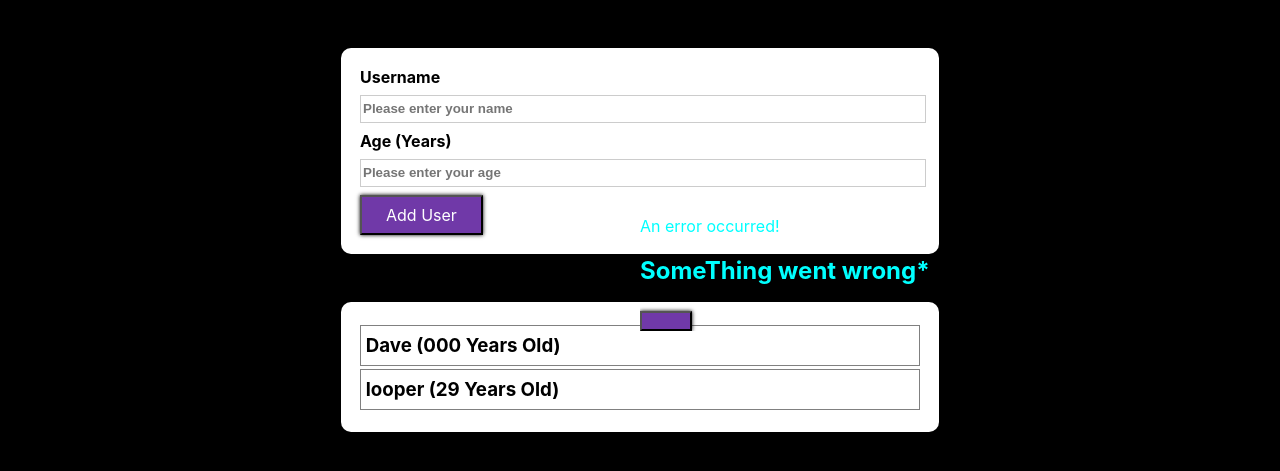
Repository: NamalPathirana/section-eight
Page: /
These files come from the project's save history. The page is drawn as it stood at one moment and after the next save; the edit follows.
The browser window is 1280 px wide. The pictures show the whole page.
The project was rebuilt for these pictures with package versions that can differ from the ones it lists, and the page was loaded fresh each time. Also part of the build but not shown: src/App.module.css.

Above is the page before, as saved 2021-12-04 14:05:57.

After the next save:
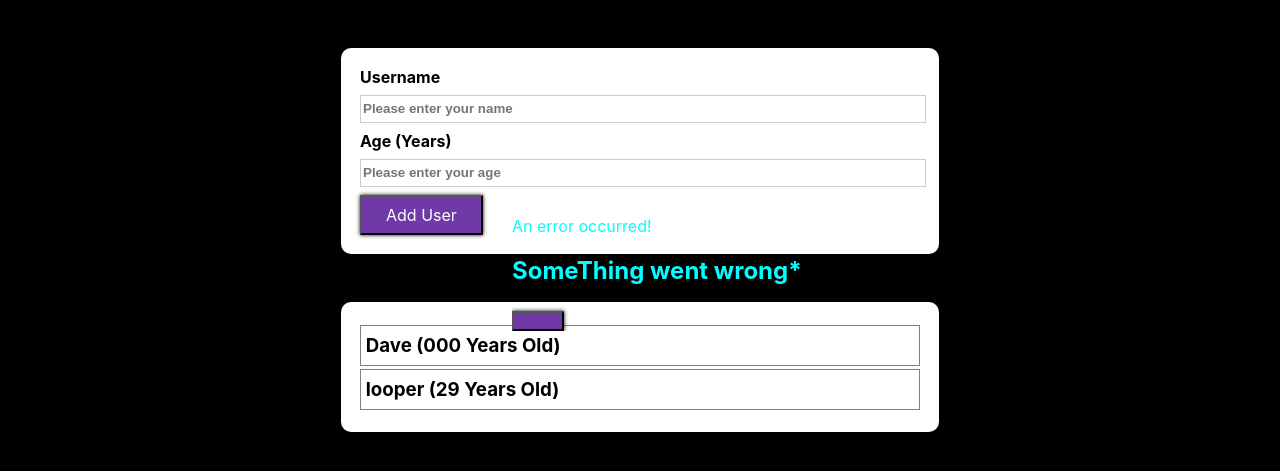
Saved 7 s later.
--- a/src/UI/ErrorModal/ErrorModal.module.css
+++ b/src/UI/ErrorModal/ErrorModal.module.css
@@ -1,7 +1,7 @@
 .modal{
     position: fixed;
     top:30vh;
-    left: 50%;
+    left: 40%;
     width: 80%;
     z-index: 100;
     color: aqua;
